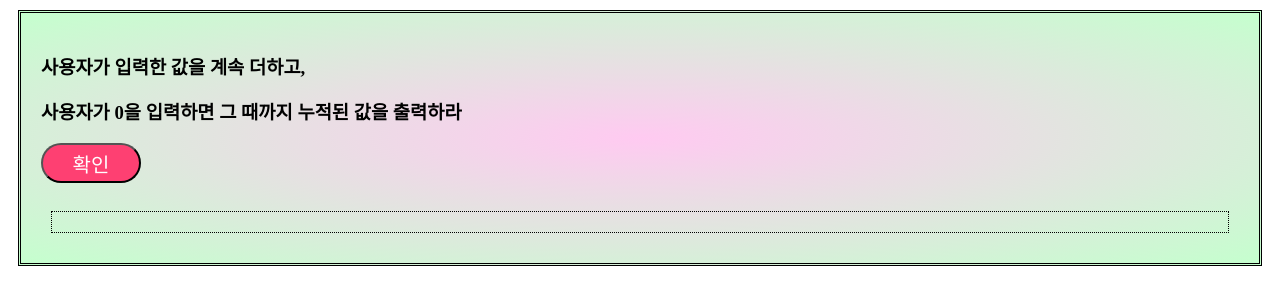
Repository: choidazzi/DDIT
Page: web programming/html/webpro/src/main/webapp/0503/배열생성.html
An editor plug-in stored every save of this project. The page is shown before and after the next save, followed by the edit.
The browser window is 1280 px wide. The pictures show the whole page.

Above is the page before, as saved 2023-05-03 03:35:48.

### web programming/html/webpro/src/main/webapp/0503/배열생성.html
<!DOCTYPE html>
<html>
<head>
<meta charset="UTF-8">
<title>Insert title here</title>
<link rel="stylesheet" href="../css/my.css">
</head>
<body>
	<div class="box">
		<h3>사용자가 입력한 값을 계속 더하고,</h3>
		<h3>사용자가 0을 입력하면 그 때까지 누적된 값을 출력하라</h3>
		<input type="button" value="확인" onclick="proc1()"> <br> <br>
		<div id="result1" class="result"></div>
	</div>
</body>
</html>

### web programming/html/webpro/src/main/webapp/css/my.css
@charset "UTF-8";

pre {
	border: 4px double steelblue;
	border-left: none;
	border-right: none;
	background: #defedf;
	padding: 20px;
	margin: 10px;
	font-size: 1.5em;
}

.box {
	border: 3px double #000;
	margin: 10px;
	padding: 20px;
	background-image: radial-gradient(#FFCAF1,#C5FFCE);
}

.box input[type=button], button[type="button"]  {
		background: #fe4072;
		color: #fff;
		width: 100px;
		height: 40px;
		font-size: 20px;
		border-radius: 50px;
}

.box .result {
	border: 1px dotted black;
	margin: 10px;
	padding: 10px;
	font-size: 1.5rem;
}

After the next save:
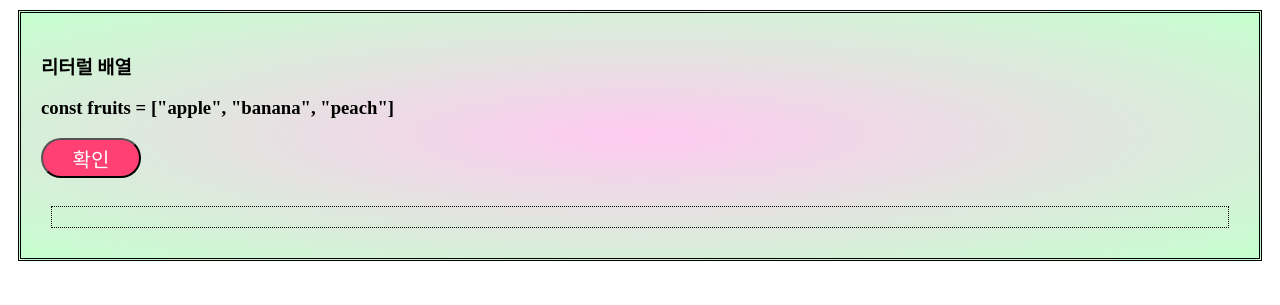
Saved 87 s later.
--- a/web programming/html/webpro/src/main/webapp/0503/배열생성.html
+++ b/web programming/html/webpro/src/main/webapp/0503/배열생성.html
@@ -4,11 +4,16 @@
 <meta charset="UTF-8">
 <title>Insert title here</title>
 <link rel="stylesheet" href="../css/my.css">
+<script>
+proc1 = () => {
+
+}
+</script>
 </head>
 <body>
 	<div class="box">
-		<h3>사용자가 입력한 값을 계속 더하고,</h3>
-		<h3>사용자가 0을 입력하면 그 때까지 누적된 값을 출력하라</h3>
+		<h3>리터럴 배열</h3>
+		<h3>const fruits = ["apple", "banana", "peach"]</h3>
 		<input type="button" value="확인" onclick="proc1()"> <br> <br>
 		<div id="result1" class="result"></div>
 	</div>
